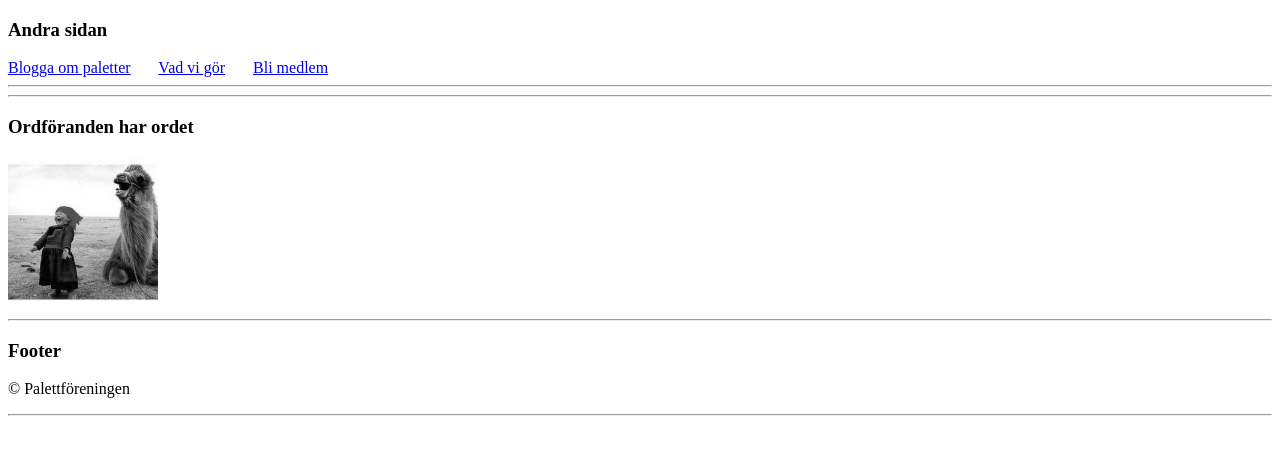
Repository: Webutveckling-20-21/Uppgift-1
Page: verksamheten.html
The author's editor kept a copy of each file at every save. The page is drawn from the files as they stood at one save, then again after the next save.
The browser window is 1280 px wide. The pictures show the whole page.

Above is the page before, as saved 2021-09-07 11:36:43.

After the next save:
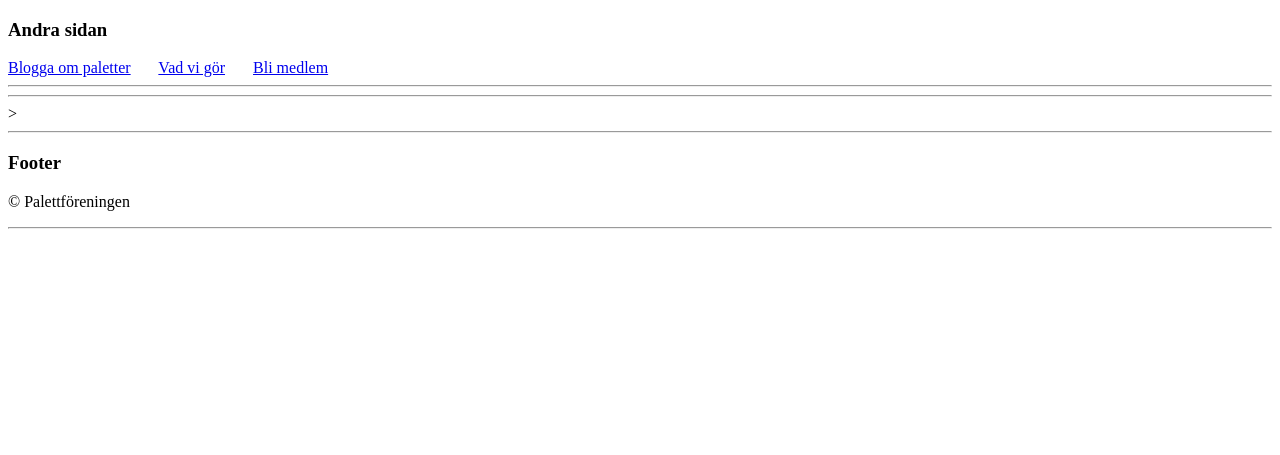
Saved 10 s later.
--- a/verksamheten.html
+++ b/verksamheten.html
@@ -24,11 +24,7 @@
     <hr>
     <aside>
         <article>
-
-            <h3>Ordföranden har ordet</h3>
-
-            <img src="images/ordförande pa excursion.jpg" width="150" height="150" alt="Ordförande berättar." />
-        </article>
+>
 
 
 
